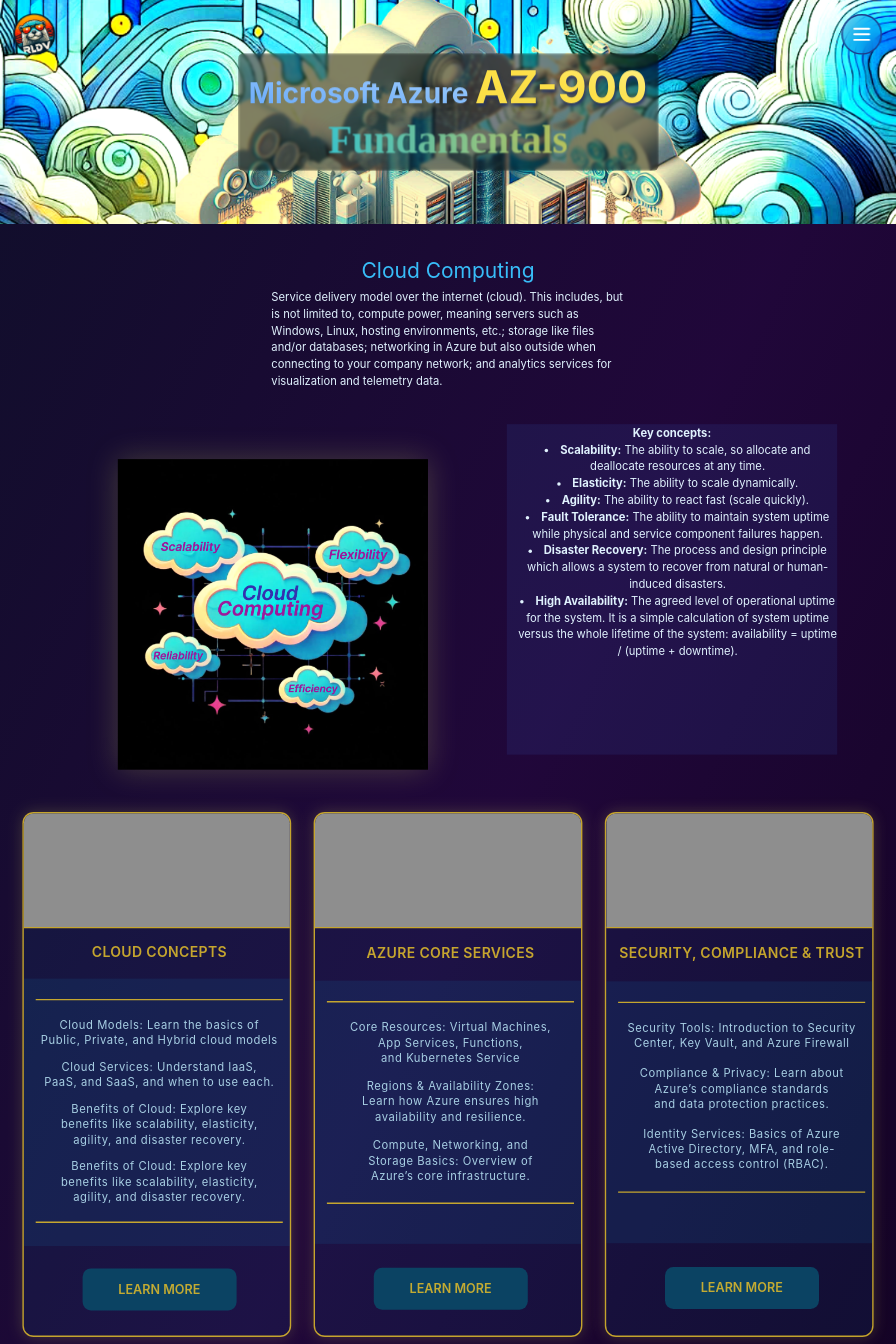
Repository: Freezler/az-900_svelte5
Page: /
An editor plug-in stored every save of this project. The page is shown before and after a run of saves, followed by the edit.
The browser window is 1280 px wide. The pictures show the part of the page from y = 0 to 1920 px (the page is 2638 px tall), at 70% of full size.
Pictures or frames that could not be fetched are drawn as grey boxes. The project was rebuilt for these pictures with package versions that can differ from the ones it lists, and the page was loaded fresh each time. The framework's server and built-in components were replaced by stand-ins that run in the browser. Also part of the build but not shown: vite.config.ts.

Above is the page before, as saved 2024-11-10 10:41:58.

### src/app.html
<!doctype html>
<html lang="en">
	<head>
		<meta charset="utf-8" />
		<link rel="icon" href="%sveltekit.assets%/favicon.png" />
		<meta name="viewport" content="width=device-width, initial-scale=1" />
		%sveltekit.head%
	</head>
	<body data-sveltekit-preload-data="hover" >
		<div style="display: contents">%sveltekit.body%</div>
	</body>
</html>

### src/routes/+layout.svelte
<script lang="ts">
	import '../app.css';
	let { children } = $props();

</script>

<div class="bg-gradient-to-br from-[#0d0c28fc] via-[#1b0135f9] to-[#10021e] bg-cover bg-center bg-no-repeat ">{@render children()}</div>

### src/routes/+page.svelte
<script lang="ts">
	import ComputingArticle from '../components/ComputingArticle.svelte';

	import Toggle from '../components/Toggle.svelte';
	import Header from '../components/Header.svelte';
	import Popover from '../components/Menu.svelte';
	import Cards from '../components/Cards.svelte';
	import Login from '../components/Login.svelte';
</script>

<header class="">
	<Popover />
	<Header />
</header>
<main>
	<section>
		<ComputingArticle />
		<Cards />
	</section>
	<aside><Toggle /></aside>
	<footer><Login /></footer>
</main>

### src/app.css
@tailwind base;
@tailwind components;
@tailwind utilities;

:root {
  --text-color  : rgba(244, 205, 48, 0.888);
  --bg-color    : hsla(217, 87%, 3%, 0.298);
  --bg-color2   : hsla(299, 91%, 31%, 0.974);
  --bg-gradient : 135deg, rgba(237, 249, 10, .7) 0%, rgba(216, 204, 37, 0.7) 35%, rgba(0, 212, 255, 0.7) 100%;
  --bg-gradient2: 90deg, rgba(216, 204, 37, 0.5) 0%, rgba(0, 212, 255, 0.5) 70%;
}

* {
  margin     : 0;
  padding    : 0;
  box-sizing : border-box;
  user-select: none;
  /* outline : 1px dotted red; */
}

body {
  font-family: 'Inter', sans-serif;


}

### src/components/ComputingArticle.svelte
<div class="grid items-center justify-center gap-2 place-self-center text-sky-100 max-w-[50ch]  pt-12">
	<h2 class="text-3xl text-center text-sky-400">Cloud Computing</h2>
	<p>
		Service delivery model over the internet (cloud). This includes, but is not limited to, compute
		power, meaning servers such as Windows, Linux, hosting environments, etc.; storage like files
		and/or databases; networking in Azure but also outside when connecting to your company network;
		and analytics services for visualization and telemetry data.
	</p>
</div>

<section class="grid items-center grid-cols-1 lg:grid-cols-2 justify-center place-items-center z-10 text-center">
	<img
		src="../public/images/cloud.png"
		alt="cloudSolutions"
		loading="lazy"

		class=" text-sky-100 drop-shadow-[0_0px_22px_rgba(255,255,99,0.2)] w-[572px] place-self-end"
	/>
	<article
		class=" bg-blue-500/10  text-sky-100 w-[472px] h-[472px] "
	>
		<p><strong>Key concepts:</strong></p>
		<ul class="list-inside list-disc pl-4">
			<li>
				<strong>Scalability:</strong> The ability to scale, so allocate and deallocate resources at any
				time.
			</li>
			<li><strong>Elasticity:</strong> The ability to scale dynamically.</li>
			<li><strong>Agility:</strong> The ability to react fast (scale quickly).</li>
			<li>
				<strong>Fault Tolerance:</strong> The ability to maintain system uptime while physical and service
				component failures happen.
			</li>
			<li>
				<strong>Disaster Recovery:</strong> The process and design principle which allows a system to
				recover from natural or human-induced disasters.
			</li>
			<li>
				<strong>High Availability:</strong> The agreed level of operational uptime for the system. It
				is a simple calculation of system uptime versus the whole lifetime of the system: availability
				= uptime / (uptime + downtime).
			</li>
		</ul>
	</article>
</section>

### src/components/Toggle.svelte
<script lang="ts">

	let name = $state('Randy');
	let status: 'DARK' | 'LIGHT' = $state('DARK');
	let full_name = $derived(name + ' ' + 'de vries');

	function toggle() {
		status = status === 'DARK' ? 'LIGHT' : 'DARK';
	}

	function onclick() {
		status = status === 'DARK' ? 'LIGHT' : 'DARK';
		window.document.body.classList.toggle('dark-mode')
	}
</script>

<div class="max-w-[400px] mx-auto grid place-items-center items-center justify-center gap-2 border-2 p-4  py-8 my-4 bg-yellow-600/10">
		<p class="text-2xl font-serif text-white ">
			set theme: <span class="font-sans {status === 'LIGHT' ? 'text-gray-200' : 'text-red-900'}">{status}</span>
		</p>

		<!-- <button on:click={toggle}>toggle status</button> -->
		<button
			class=" w-[176px] rounded bg-blue-500 px-4 py-2 font-bold text-white hover:bg-blue-700 active:scale-[.98]"
			type="button"
			onclick={toggle}>Toggle theme</button
		>
	</div>

### src/components/Header.svelte
<script lang="ts">
	// Declare props
	let { name = 'AZ-900' } = $props();

	// Local state for the surname
	let surname = $state('Fundamentals');

	// Derived state for the full name
	let full_name = $derived(`${name} ${surname}`);
</script>

<div
	class="max-w-[100svw] z-100 mx-auto grid h-80 place-content-center place-items-center items-center justify-center bg-[url('/public/images/headImage.png')] bg-cover bg-top"
>
	<div class="grid backdrop-blur-[2px] px-4 rounded-lg backdrop-brightness-[.50] pb-4">
		<h1
			class="shadow-[rgba(7, 25, 224, 0.9)] drop bg-clip-text text-center text-[clamp(1rem,5vw,2.5rem)] font-bold text-transparent bg-gradient-to-tr from-blue-400 via-blue-300 to-blue-700  drop-shadow-[-2px_2px_2px_rgba(137, 25, 224, 0.9)]"
		>
			Microsoft Azure <span
				class="bg-gradient-to-tr from-yellow-300 via-yellow-300 to-yellow-200 bg-clip-text text-[clamp(2.8rem,5vw,8.5rem)] font-bold text-transparent drop-shadow-[2px_4px_2px_rgba(36,50,100,0.9)]"
				>{name}</span
			>
		</h1>
		<h3
			class="bg-clip-text text-6xl text-center text-[clamp(1rem,5vw,3.5rem)] font-[700] font-[montserrat] bg-gradient-to-r from-[hsl(192,88%,51%)] via-[--hsl(192,88%,71%)] to-[--text-color]  pb- text-transparent drop-shadow-[2px_4px_32px_rgba(6,100,150,0.9)] backdrop-brightness-[.90] "
		>
			{surname}
		</h3>
	</div>
</div>

### src/components/Menu.svelte
<script lang="ts">
	import { cubicInOut } from 'svelte/easing';
	import { fly } from 'svelte/transition';
	let showMenu: boolean = $state(false);


</script>

	<!-- Your existing code -->

<img
	src="/public/images/Design 2.png"
	alt="Ran form Logo"
	class="fixed left-[16px] top-[16px] w-[64px] rounded-full z-[200]"
/>
<button
	onclick={() => (showMenu = !showMenu)}
	class="fixed right-[20px] top-[20px] flex  h-[58px] w-[58px] items-center justify-center rounded-full bg-blue-600/20 backdrop-blur text-white border-2 border-blue-900"
>
	<svg
		xmlns="http://www.w3.org/2000/svg"
		class="h-8 w-8"
		fill="none"
		viewBox="0 0 24 24"
		stroke="currentColor"
	>
		{#if showMenu}
			<path
				stroke-linecap="round"
				stroke-linejoin="round"
				stroke-width="2"
				d="M6 18L18 6M6 6l12 12"
			/>
		{:else}
			<path
				stroke-linecap="round"
				stroke-linejoin="round"
				stroke-width="2"
				d="M4 6h16M4 12h16M4 18h16"
			/>
		{/if}
	</svg>
</button>

{#if showMenu}
	<ul
		class="items-center justify-center fixed bottom-0 right-0 z-100 grid h-[50vh] w-[100vw] border-t border-blue-900 place-content-center bg-blue-600/20 backdrop-blur text-white uppercase text-center text-xl z-[200]"
		transition:fly={{ y: 100, duration: 420, easing: cubicInOut }}
	>
		<li class="px-2 py-4 w-[80vw] underline underline-offset-4 transition-colors ease-linear duration-400 hover:bg-blue-600/20 rounded-t-lg  bg-blue-200/30">
			<a href="/">Home</a>
		</li>
		<li class=" px-2 py-4 transition-colors hover:underline underline-offset-4  ease-linear duration-400 hover:bg-blue-600/20  bg-blue-200/30">
			<a href="/concepts">Concepts</a>
		</li>
		<li class=" px-2 py-4 transition-colors hover:underline underline-offset-4 ease-linear duration-400 hover:bg-blue-600/20  bg-blue-200/30">
			<a href="/security">Security</a>
		</li>
		<li class="px-2 py-4 transition-colors  hover:underline underline-offset-4 ease-linear duration-400 hover:bg-blue-600/20 rounded-b-lg  bg-blue-200/30">
			<a href="/services">Services</a>
		</li>
	</ul>
{/if}

### src/components/Cards.svelte
<script>
	import { goto } from '$app/navigation';
	// Define your plans as an array of objects
	const concepts = [
		{
			url: 'concepts',
			image:
				'https://learn.microsoft.com/training/achievements/microsoft-azure-fundamentals-describe-cloud-concepts-social.png',
			name: 'Cloud Concepts',
			features: [
				'Cloud Models: Learn the basics of Public, Private, and Hybrid cloud models',
				'Cloud Services: Understand IaaS, PaaS, and SaaS, and when to use each.',
				'Benefits of Cloud: Explore key benefits like scalability, elasticity, agility, and disaster recovery.',
				'Benefits of Cloud: Explore key benefits like scalability, elasticity, agility, and disaster recovery.'

			]
		},
		{
			url: 'services',
			image:
				'https://images.unsplash.com/photo-1667372459510-55b5e2087cd0?q=80&w=1932&auto=format&fit=crop&ixlib=rb-4.0.3&ixid=M3wxMjA3fDB8MHxwaG90by1wYWdlfHx8fGVufDB8fHx8fA%3D%3D',
			name: 'Azure Core Services',
			features: [
				'Core Resources: Virtual Machines, App Services, Functions, and Kubernetes Service',
				'Regions & Availability Zones: Learn how Azure ensures high availability and resilience.',
				'Compute, Networking, and Storage Basics: Overview of Azure’s core infrastructure.'
			]
		},
		{
			url: 'security',
			image:
				'https://plus.unsplash.com/premium_photo-1700830452756-1a3f4314e564?q=80&w=1674&auto=format&fit=crop&ixlib=rb-4.0.3&ixid=M3wxMjA3fDB8MHxwaG90by1wYWdlfHx8fGVufDB8fHx8fA%3D%3D',
			name: 'Security, Compliance & Trust',
			features: [
				'Security Tools: Introduction to Security Center, Key Vault, and Azure Firewall',
				'Compliance & Privacy: Learn about Azure’s compliance standards and data protection practices.',
				'Identity Services: Basics of Azure Active Directory, MFA, and role-based access control (RBAC).'
			]
		}
	];
</script>

<section
	class="z-10 grid grid-rows-1 gap-8 py-8 md:grid-cols-2 md:gap-8 md:px-8 xl:grid-cols-3"
>
	{#each concepts as concept}
		<div
			class=" pt-1  grid grid-rows-[148px_64px_auto_auto] place-items-center overflow-hidden rounded-2xl border-2 border-[--text-color] bg-sky-600/10 pb-9 shadow-[0_0px_22px_rgba(255,255,99,0.2)] brightness-90 transition duration-700 hover:scale-[1.001] hover:border-[hsla(184,69%,60%,1)] hover:shadow-[2px_6px_12px_rgba(22,125,22,0.9)]"
		>
			<img
				src={concept.image}
				class=" z-10 h-[172px] pt-2  w-full border-b-2 border-[--text-color] object-cover object-center hover:border-[hsla(184,69%,60%,1)]"
				loading="lazy"
				alt="concept"
			/>
			<div class="row-span-2 grid grid-cols-subgrid place-items-center items-center justify-center">
				<h2 class="] mt-[28px] text-xl font-semibold uppercase tracking-wide text-[--text-color]">
					{concept.name}
				</h2>
			</div>

			<div
				class=" row-span-12 my-5 w-full grid grid-rows-subgrid place-items-start items-start gap-4 text-pretty border border-transparent bg-sky-500/10 px-4 pt-7 pb-6 text-center"
			>
				{#each concept.features as feature}
					<h3
						class="border-b-1 mx-auto  grid w-[35ch]  grid-rows-subgrid text-balance border-[--text-color] px-0 text-[14px] font-normal leading-snug tracking-wider text-sky-200 py-0 first:border-t-2 first:pt-6 last:pb-6 last:border-b-2 lg:text-[16px] border-s-fuchsia-400 ">
						{feature}
					</h3>
				{/each}
			</div>
			<button
				type="button"
				class="mx-auto mt-3 w-[220px] grid-cols-subgrid rounded-xl border-[2px_solid_var(--text-color)] bg-sky-900 px-8 py-4 text-base font-semibold uppercase text-[--text-color] transition duration-[420ms] hover:bg-sky-500 hover:text-white hover:shadow-[2px_2px_22px_rgb(65,183,255,0.9)] md:text-lg lg:text-lg"
				><a href="/{concept.url}">Learn more</a></button
			>
		</div>
	{/each}
</section>

### src/components/Login.svelte
<script>
	import { onMount } from 'svelte';
	let user = $state('Stranger');
	/**
	 * @param {any} response
	 */
	function googleLoginEndpoint(response) {
	  console.log('Google login successful:', response);
	}

	// onMount(() => {
	//   const script = document.createElement("script");
	//   script.src = "https://accounts.google.com/gsi/client";
	//   script.async = true;
	//   script.defer = true;
	//   document.head.appendChild(script);
	// });
</script>

<div class="relative flex min-h-[60vh] items-center justify-center py-16 ">
	<div class="flex w-full max-w-4xl flex-col overflow-hidden rounded-lg shadow-lg md:flex-row">
		<!-- Left side: Logo and Welcome message -->
		<div
			class="flex flex-col items-center justify-center bg-[url('/public/images/headImage.png')] bg-cover bg-center object-cover p-14 text-white md:w-1/2 "
		>
			<img
				src="/public/images/Design 2.png"
				alt="Ran form Logo"
				class="mb-4 h-40 w-40 rounded-full"
			/>
			<h2 class="text-2xl font-semibold p-2 rounded-xl bg-slate-600/50  ">Good Evening {user}!</h2>
			<p class="mt-2 text-center text-lg rounded-xl bg-slate-600/50  p-2 ">Log in to your account!</p>
		</div>

		<!-- Right side: Login Form -->
		<div
			class="flex flex-col items-center justify-center  h-[50vh] bg-blue-600/40 backdrop-blur pt-8 "
		>
			<!-- Google Login Button -->
			<div
				id="g_id_onload"
				data-client_id="YOUR_GOOGLE_CLIENT_ID"
				data-context="signin"
				data-callback="googleLoginEndpoint"
				data-close_on_tap_outside="false"
				data-prompt_parent_id="g_id_onload"
			></div>

			<button
				class="flex w-3/5 items-center justify-center space-x-2 rounded-full border border-gray-300 bg-white py-2 shadow-md hover:bg-gray-50 focus:outline-none"
			>
				<span class="fab fa-google text-gray-500"></span>
				<span class="text-gray-700">Continue with Google</span>
			</button>

			<!-- Divider -->
			<div class="my-4 flex w-full items-center">
				<hr class="flex-grow border-t border-gray-300" />
				<span class="px-3 text-gray-500">OR</span>
				<hr class="flex-grow border-t border-gray-300" />
			</div>

			<!-- Email Login Button -->
			<button
				class="flex w-3/5 items-center justify-center space-x-2 rounded-full border border-gray-300 bg-white py-2 shadow-md hover:bg-gray-50 focus:outline-none"
			>
				<span class="fa fa-user text-gray-500"></span>
				<span class="text-gray-700">Enter Email & Password</span>
			</button>

			<!-- Sign up and Terms Links -->
			<div class=" w-full text-center">
				<p class="text-sm text-red-300">
					Don't have an account? <a href="_blank" class="text-blue-600 hover:underline">Sign up</a>
				</p>
				<p class="mt-0 text-xs text-gray-500 w-[50ch]">
					By continuing, you agree to our <a href="_blank" target="_blank" class="hover:underline"
						>Terms of Service</a
					>
					and
					<a href="_blank" target="_blank" class="hover:underline">Privacy Policy</a>.
				</p>
			</div>
		</div>
	</div>
</div>

### tailwind.config.ts
import aspectRatio from '@tailwindcss/aspect-ratio';
import containerQueries from '@tailwindcss/container-queries';
import forms from '@tailwindcss/forms';
import typography from '@tailwindcss/typography';
// import type { Config } from 'tailwindcss';

export default {
	content: ['./src/**/*.{html,js,svelte,ts}'],


	theme: {
		extend: {
			animation: {



			},

			keyframes: {

			}

		}
	},

	plugins: [typography, forms, containerQueries, aspectRatio]
}

After the next 2 saves:
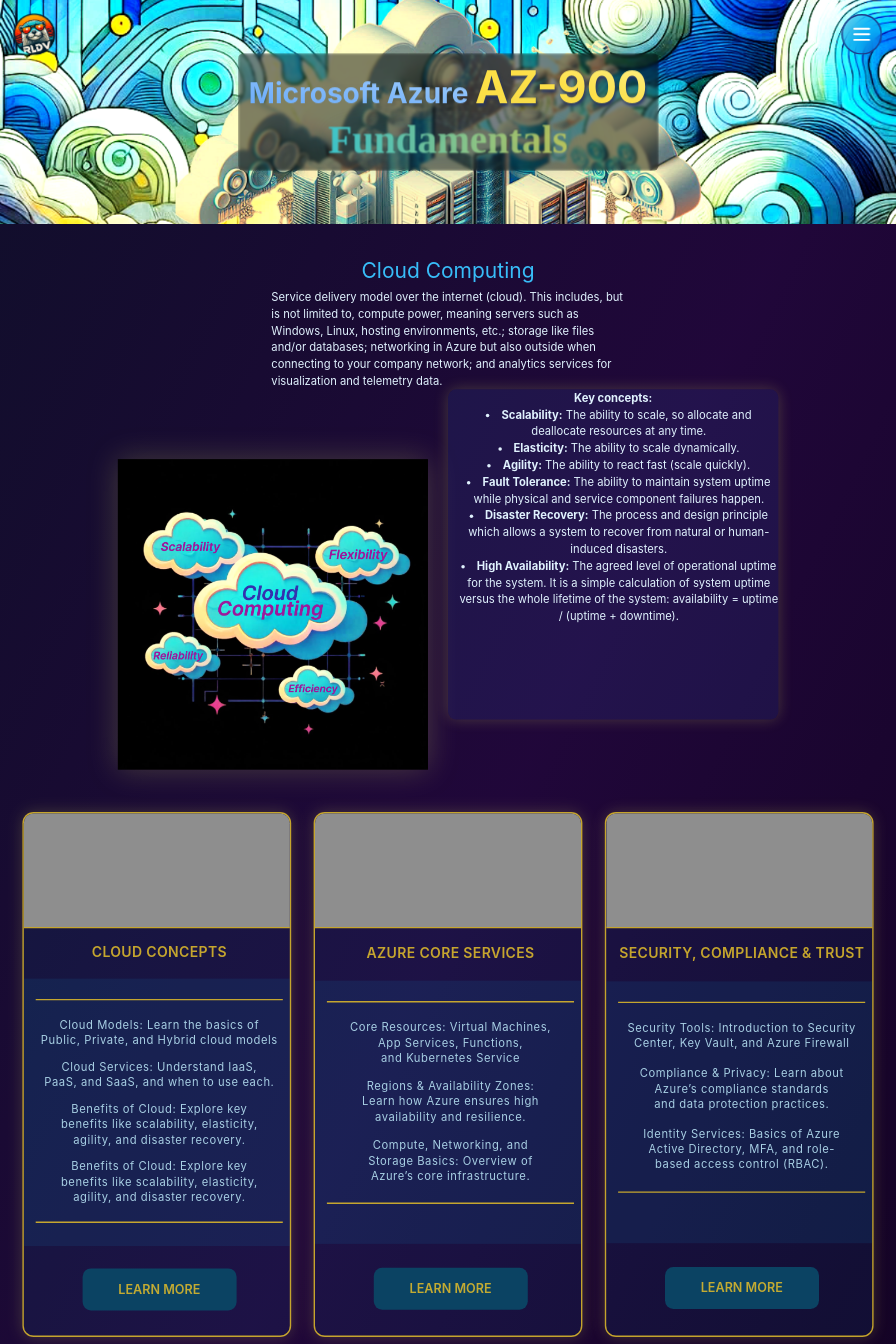
The 2 saves are shown as one change because they came seconds apart.
The last was saved 13 s later.
--- a/src/components/ComputingArticle.svelte
+++ b/src/components/ComputingArticle.svelte
@@ -17,7 +17,7 @@
 		class=" text-sky-100 drop-shadow-[0_0px_22px_rgba(255,255,99,0.2)] w-[572px] place-self-end"
 	/>
 	<article
-		class=" bg-blue-500/10  text-sky-100 w-[472px] h-[472px] "
+		class=" bg-blue-500/10  text-sky-100 w-[472px] h-[472px] place-self-start rounded-xl shadow-[0_0px_22px_rgba(255,255,99,0.2)]"
 	>
 		<p><strong>Key concepts:</strong></p>
 		<ul class="list-inside list-disc pl-4">
